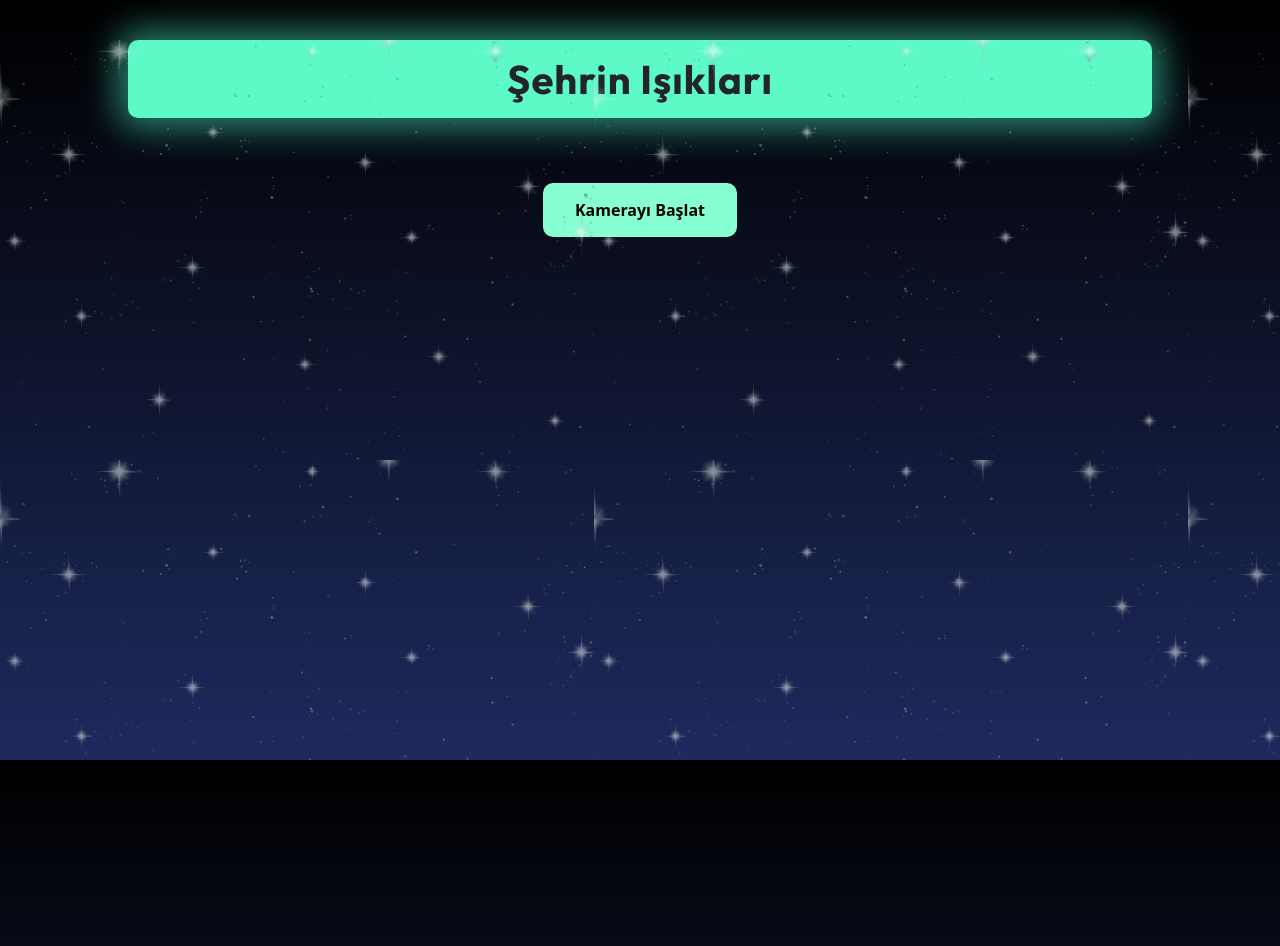
Repository: BiranOrundas/CameraQR
Page: index.html
An editor plug-in stored every save of this project. The page is shown before and after the next save, followed by the edit.
The browser window is 1280 px wide. The pictures show the whole page.

Above is the page before, as saved 2024-08-29 15:43:19.

After the next save:
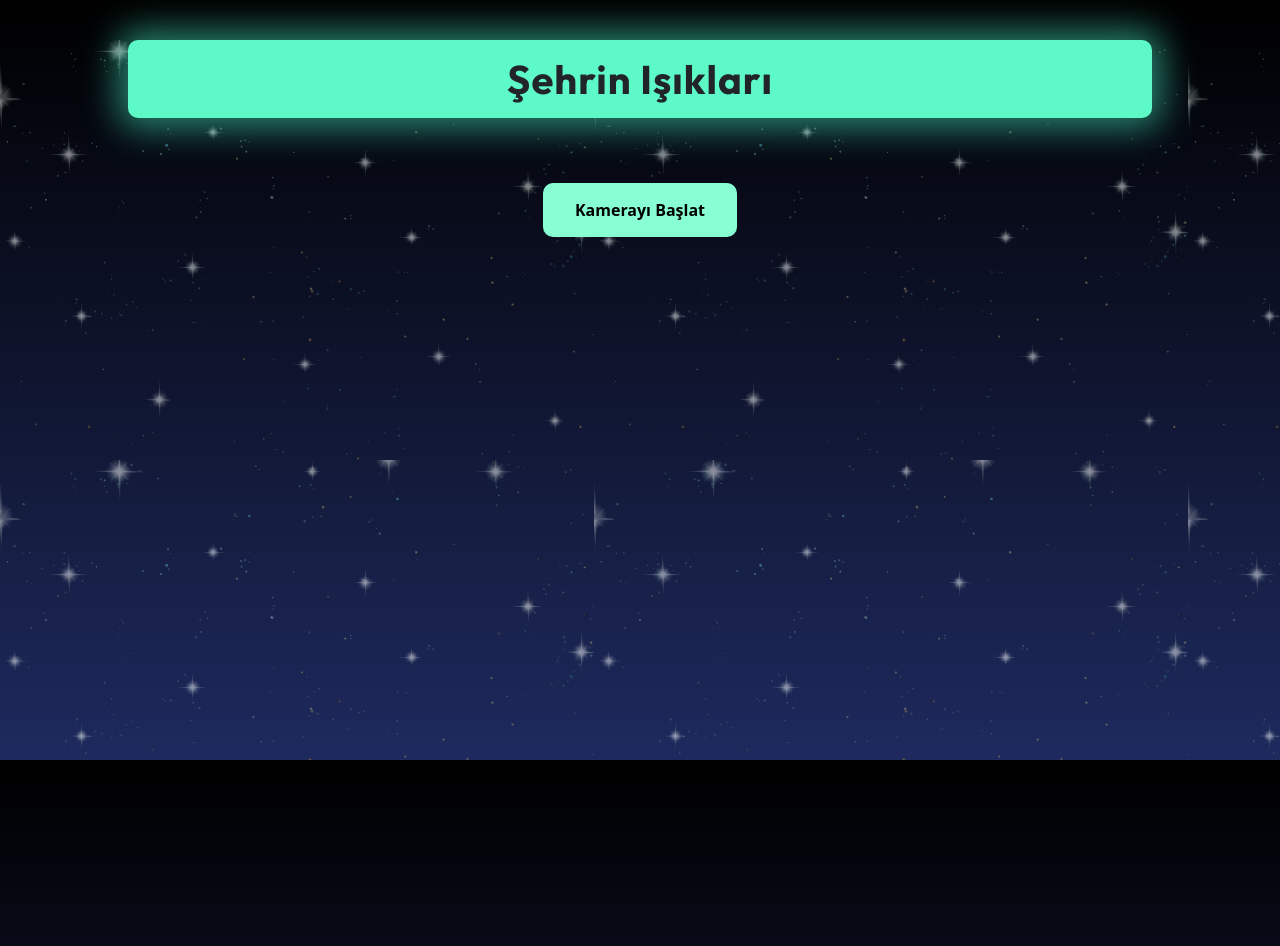
Saved 5 s later.
--- a/style.css
+++ b/style.css
@@ -16,7 +16,7 @@
   width: 100vw;
   margin-left: -10%;
   object-fit: cover;
-  z-index: 0;
+  z-index: -1;
   opacity: 0.5;
 }
 
